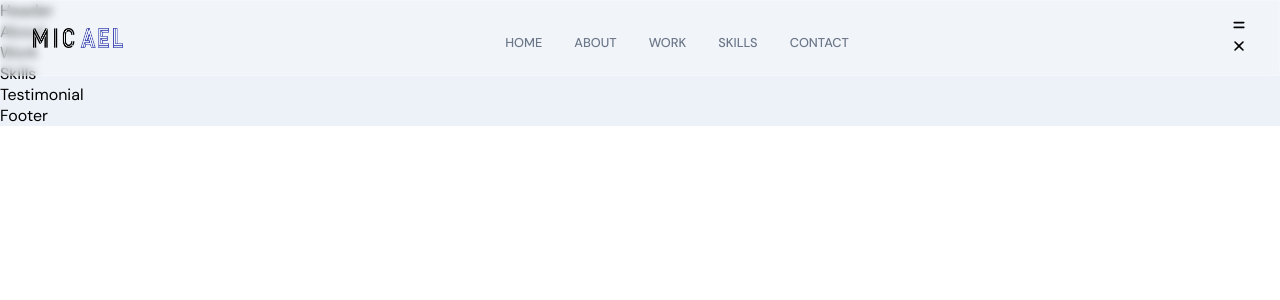
Repository: 61ZM07H36R3ML1N/Portfolio-JS
Page: / (app in frontend_react/), after clicking the first element matching `svg`
The author's editor kept a copy of each file at every save. The page is drawn from the files as they stood at one save, then again after the next save.
The browser window is 1280 px wide. The pictures show the whole page.
The project was rebuilt for these pictures with package versions that can differ from the ones it lists, and the page was loaded fresh each time. Also part of the build but not shown: frontend_react/src/container/About/About.scss, frontend_react/src/container/Header/Header.scss, frontend_react/src/container/Skills/Skills.scss, frontend_react/src/container/Work/Work.scss.

Above is the page before, as saved 2022-10-10 19:54:36.

### frontend_react/src/App.js
import React from 'react';

import {
  About,
  Footer,
  Header,
  Skills,
  Testimonial,
  Work,
} from './container';
import { Navbar } from './components';
import './App.scss';

const App = () => {
  return (
    <div className="app">
      <Navbar />
      <Header />
      <About />
      <Work />
      <Skills />
      <Testimonial />
      <Footer />
    </div>
  );
};

export default App;

### frontend_react/src/index.css
@import url("https://fonts.googleapis.com/css2?family=DM+Sans:wght@400;500;700&display=swap");

:root {
    --font-base: "DM Sans", sans-serif;

    --primary-color: #edf2f8;
    --secondary-color: #313bac;
    --black-color: #030303;
    --lightGray-color: #e4e4e4;
    --gray-color: #6b7688;
    --brown-color: #46364a;
    --white-color: #ffffff;

}

*{
    box-sizing: border-box;
    padding: 0;
    margin: 0;
    scroll-behavior: smooth;
}

### frontend_react/src/App.scss
.app {
    background-color: var(--primary-color);
    font-family: var(--font-base);
  }

  .app__whitebg {
    background-color: var(--white-color);
  }

  .app__primarybg {
    background-color: var(--primary-color);
  }

  .app__container {
    width: 100%;
    min-height: 100vh;

    display: flex;
    flex-direction: row;
  }

  .app__flex {
    display: flex;
    justify-content: center;
    align-items: center;
  }

  .app__wrapper {
    flex: 1;
    width: 100%;
    flex-direction: column;
    padding: 4rem 2rem;

    @media screen and (max-width: 450px) {
      padding: 4rem 1rem 2rem;
    }
  }

  .copyright {
    width: 100%;
    padding: 2rem 0 0;

    display: flex;
    flex-direction: column;
    justify-content: flex-end;
    align-items: flex-end;

    p {
      text-transform: uppercase;
      color: var(--black-color);
    }
  }

  .head-text {
    font-size: 2.75rem;
    font-weight: 800;
    text-align: center;
    color: var(--black-color);
    text-transform: capitalize;

    span {
      color: var(--secondary-color);
    }

    @media screen and (min-width: 2000px) {
      font-size: 4rem;
    }

    @media screen and (max-width: 450px) {
      font-size: 2rem;
    }
  }

  .p-text {
    font-size: 0.8rem;
    text-align: left;
    color: var(--gray-color);
    line-height: 1.5;

    @media screen and (min-width: 2000px) {
      font-size: 1.75rem;
    }
  }

  .bold-text {
    font-size: 1rem;
    font-weight: 800;
    color: var(--black-color);
    text-align: left;

    @media screen and (min-width: 2000px) {
      font-size: 2rem;
    }

    @media screen and (max-width: 450px) {
      font-size: 0.9rem;
    }
  }

  .app__social {
    display: flex;
    justify-content: flex-end;
    align-items: center;
    flex-direction: column;

    padding: 1rem;

    div {
      width: 40px;
      height: 40px;
      border-radius: 50%;
      background-color: var(--white-color);
      margin: 0.25rem 0;
      border: 1px solid var(--lightGray-color);

      display: flex;
      justify-content: center;
      align-items: center;

      transition: all 0.3s ease-in-out;

      svg {
        width: 15px;
        height: 15px;
        color: var(--gray-color);
      }

      &:hover {
        background-color: var(--secondary-color);
        border-color: var(--secondary-color);

        svg {
          color: var(--white-color);
        }
      }

      @media screen and (min-width: 2000px) {
        width: 70px;
        height: 70px;

        margin: 0.5rem 0;

        svg {
          width: 30px;
          height: 30px;
        }
      }
    }
  }

  .app__navigation {
    display: flex;
    justify-content: center;
    align-items: center;
    flex-direction: column;

    padding: 1rem;

    .app__navigation-dot {
      width: 10px;
      height: 10px;
      border-radius: 50%;
      background-color: #cbcbcb;
      margin: 0.5rem;

      transition: background-color 0.2s ease-in-out;

      &:hover {
        background-color: var(--secondary-color);
      }

      @media screen and (min-width: 2000px) {
        width: 20px;
        height: 20px;
      }
    }
  }

  @media screen and (max-width: 500px) {
    .app__navigation,
    .app__social {
      display: none;
    }

    .copyright {
      padding: 2rem;
    }
  }

### frontend_react/src/container/About/About.jsx
import React from 'react';

import './About.scss';

const About = () => {
  return <div>About</div>;
};

export default About;

### frontend_react/src/container/Footer/Footer.jsx
import React from 'react';

import './Footer.scss';

const Footer = () => {
  return <div>Footer</div>;
};

export default Footer;

### frontend_react/src/container/Header/Header.jsx
import React from 'react';

import './Header.scss';

const Header = () => {
  return <div>Header</div>;
};

export default Header;

### frontend_react/src/container/Skills/Skills.jsx
import React from 'react';

import './Skills.scss';

const Skills = () => {
  return <div>Skills</div>;
};

export default Skills;

### frontend_react/src/container/Testimonial/Testimonial.jsx
import React from 'react';

import './Testimonial.scss';

const Testimonial = () => {
  return <div>Testimonial</div>;
};

export default Testimonial;

### frontend_react/src/container/Work/Work.jsx
import React from 'react';

import './Work.scss';

const Work = () => {
  return <div>Work</div>;
};

export default Work;

### frontend_react/src/components/Navbar/Navbar.jsx
import React, { useState } from 'react';
import { HiMenuAlt4, HiX } from 'react-icons/hi';
import { motion } from 'framer-motion';

import { images } from '../../constants';
import './Navbar.scss';

const Navbar = () => {
  const [toggle, setToggle] = useState(false);

  return (
    <nav className="app__navbar">
      <div className="app__navbar-logo">
        <img src={images.logo} alt="logo" />
      </div>
      <ul className="app__navbar-links">
        {['home', 'about', 'work', 'skills', 'contact'].map(item => (
          <li className="app__flex p-text" key={'link-${item}'}>
            <div />
            <a href={'#${item}'}>{item}</a>
          </li>
        ))}
      </ul>

      <div className="app_navbar-menu">
        <HiMenuAlt4 onClick={() => setToggle(true)} />

        {toggle && (
          <motion.div
            whileInView={{ x: [300, 0] }}
            transition={{ duration: 0.85, ease: 'easeOut' }}
          >
            <HiX onClick={() => setToggle(false)} />
          </motion.div>
        )}
      </div>
    </nav>
  );
};

export default Navbar;

### frontend_react/src/components/Navbar/Navbar.scss
.app__navbar {
    width: 100%;

    display: flex;
    justify-content: space-between;
    align-items: center;

    padding: 1rem 2rem;
    background: rgba(255, 255, 255, 0.25);
    // box-shadow: 0 8px 32px 0 rgba( 31, 38, 135, 0.37 );
    backdrop-filter: blur(4px);
    -webkit-backdrop-filter: blur(4px);
    border: 1px solid rgba(255, 255, 255, 0.18);
    position: fixed;
    z-index: 2;
  }

  .app__navbar-logo {
    display: flex;
    justify-content: flex-start;
    align-items: center;

    img {
      width: 90px;
      height: 20px;

      @media screen and (min-width: 2000px) {
        width: 180px;
        height: 40px;
      }
    }
  }

  .app__navbar-links {
    flex: 1;
    display: flex;
    justify-content: center;
    align-items: center;

    list-style: none;

    li {
      margin: 0 1rem;
      cursor: pointer;

      flex-direction: column;

      div {
        width: 5px;
        height: 5px;
        background: transparent;
        border-radius: 50%;

        margin-bottom: 5px;
      }

      a {
        color: var(--gray-color);
        text-decoration: none;
        flex-direction: column;

        text-transform: uppercase;
        font-weight: 500;

        transition: all 0.3s ease-in-out;

        &:hover {
          color: var(--secondary-color);
        }
      }

      &:hover {
        div {
          background: var(--secondary-color);
        }
      }
    }

    @media screen and (max-width: 900px) {
      display: none;
    }
  }

  .app__navbar-menu {
    width: 35px;
    height: 35px;
    border-radius: 50%;
    position: relative;

    display: flex;
    justify-content: center;
    align-items: center;
    background-color: var(--secondary-color);


    svg {
      width: 70%;
      height: 70%;
      color: var(--white-color);
    }

    div {
      position: fixed;
      top: 0;
      bottom: 0;
      right: 0;
      z-index: 5;

      padding: 1rem;

      width: 80%;
      height: 100vh;

      display: flex;
      justify-content: flex-end;
      align-items: flex-end;
      flex-direction: column;

      background: url('../../assets/bgWhite.png');
      background-color: var(--white-color);
      background-size: cover;
      background-repeat: repeat;

      /* top box shadow */
      box-shadow: 0px 0px 20px rgba(168, 168, 168, 0.15);

      svg {
        width: 35px;
        height: 35px;
        color: var(--secondary-color);
        margin: 0.5rem 1rem;
      }

      ul {
        list-style: none;
        margin: 0;
        padding: 0;
        height: 100%;
        width: 100%;

        display: flex;
        justify-content: flex-start;
        align-items: flex-start;
        flex-direction: column;

        li {
          margin: 1rem;

          a {
            color: var(--gray-color);
            text-decoration: none;
            font-size: 1rem;
            text-transform: uppercase;
            font-weight: 500;

            transition: all 0.3s ease-in-out;

            &:hover {
              color: var(--secondary-color);
            }
          }
        }
      }

      @media screen and (min-width: 900px) {
        display: none;
      }
    }

    @media screen and (min-width: 900px) {
      display: none;
    }
  }

### frontend_react/src/constants/images.js
import email from '../assets/email.png';
import mobile from '../assets/mobile.png';
import api from '../assets/api.png';
import cpp from '../assets/cpp.png';
import css from '../assets/css.png';
import figma from '../assets/figma.png';
import flutter from '../assets/flutter.png';
import git from '../assets/git.png';
import graphql from '../assets/graphql.png';
import html from '../assets/html.png';
import javascript from '../assets/javascript.png';
import mu5 from '../assets/mu5.png';
import node from '../assets/node.png';
import python from '../assets/python.png';
import react from '../assets/react.png';
import redux from '../assets/redux.png';
import sass from '../assets/sass.png';
import typescript from '../assets/typescript.png';
import vue from '../assets/vue.png';

import about01 from '../assets/about01.png';
import about02 from '../assets/about02.png';
import about03 from '../assets/about03.png';
import about04 from '../assets/about04.png';

import profile from '../assets/profile.png';
import circle from '../assets/circle.svg';
import logo from '../assets/logo.png';

import adidas from '../assets/adidas.png';
import amazon from '../assets/amazon.png';
import asus from '../assets/asus.png';
import bolt from '../assets/bolt.png';
import nb from '../assets/nb.png';
import skype from '../assets/skype.png';
import spotify from '../assets/spotify.png';

export default {
  email,
  mobile,
  api,
  cpp,
  css,
  figma,
  flutter,
  git,
  graphql,
  html,
  javascript,
  mu5,
  node,
  python,
  react,
  redux,
  sass,
  typescript,
  vue,
  about01,
  about02,
  about03,
  about04,
  profile,
  circle,
  logo,
  adidas,
  amazon,
  asus,
  bolt,
  nb,
  skype,
  spotify,
};

Loaded but not shown: frontend_react/public/index.html (common file); frontend_react/src/index.js (common file); frontend_react/src/container/index.js (common file); frontend_react/src/components/index.js (common file); frontend_react/src/constants/index.js (common file); frontend_react/src/container/Footer/Footer.scss (no stored copy; drawn as an empty file); frontend_react/src/container/Testimonial/Testimonial.scss (no stored copy; drawn as an empty file)

After the next save:
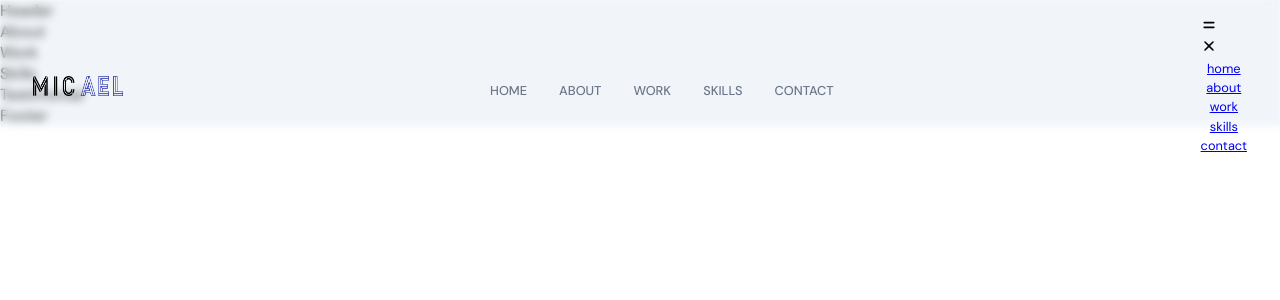
Saved 2 min 34 s later.
--- a/frontend_react/src/components/Navbar/Navbar.jsx
+++ b/frontend_react/src/components/Navbar/Navbar.jsx
@@ -31,6 +31,12 @@ const Navbar = () => {
             transition={{ duration: 0.85, ease: 'easeOut' }}
           >
             <HiX onClick={() => setToggle(false)} />
+            {['home', 'about', 'work', 'skills', 'contact'].map(item => (
+              <li className="app__flex p-text" key={'link-${item}'}>
+                <div />
+                <a href={'#${item}'}>{item}</a>
+              </li>
+            ))}
           </motion.div>
         )}
       </div>
